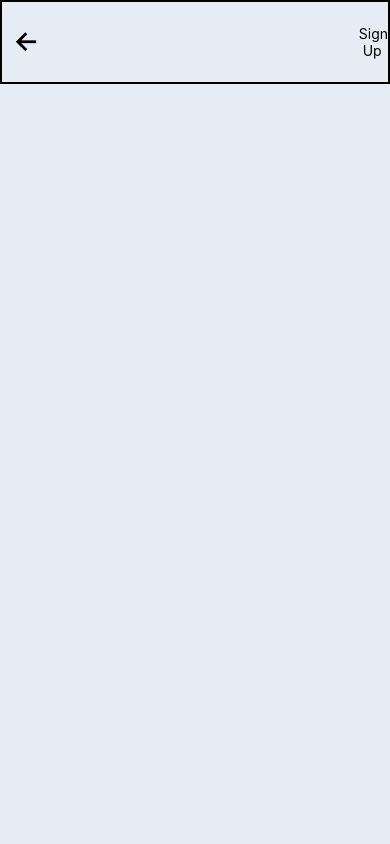
Repository: kgayathridevi/pregband
Screen: /Sign
These files come from the project's save history. The screen is drawn as it stood at one moment and after the next save; the edit follows.
The app was drawn by React Native's web renderer in a window 390 px wide. The project was rebuilt for these pictures with package versions that can differ from the ones it lists, and the page was loaded fresh each time. Also part of the build but not shown: component/Home.jsx.

Above is the screen before, as saved 2023-04-30 07:30:06.

### App.js
import { NavigationContainer } from "@react-navigation/native";
import { createNativeStackNavigator } from "@react-navigation/native-stack";
import { StatusBar } from "expo-status-bar";
import { StyleSheet, Text, View } from "react-native";
import SignUpScreen from "./component/SignUpScreen";
import LogInScreen from "./component/LogInScreen";
import Home from "./component/Home";

const Stack = createNativeStackNavigator();
export default function App() {
  return (
    <NavigationContainer>
      <Stack.Navigator initialRouteName="Log">
        <Stack.Screen
          options={{ headerShown: false }}
          name="Log"
          component={LogInScreen}
        />
        <Stack.Screen
          options={{ headerShown: false }}
          name="Sign"
          component={SignUpScreen}
        />
        <Stack.Screen name="Home" component={Home} />
      </Stack.Navigator>
    </NavigationContainer>
  );
}

const styles = StyleSheet.create({
  // container: {
  //   flex: 1,
  //   backgroundColor: '#fff',
  //   alignItems: 'center',
  //   justifyContent: 'center',
  // },
});

### component/SignUpScreen.jsx
import { StyleSheet, Text, View, TextInput } from "react-native";
import React from "react";
import { Button } from "react-native";
import Ionicons from "@expo/vector-icons/Ionicons";
import { SafeAreaView } from "react-native-safe-area-context";

const SignUpScreen = ({ navigation }) => {
  return (
    <SafeAreaView style={styles.container}>
      <View style={styles.headerContainer}>
        <View style={styles.btnCont}>
          <Ionicons name="arrow-back" color="black" size={30} />
        </View>
        <View style={styles.titleContain}>
          <Text style={styles.textC}>Sign</Text>
          <Text style={[styles.textC, styles.textC2]}> Up</Text>
        </View>
      </View>
      <View></View>
    </SafeAreaView>
  );
};

export default SignUpScreen;

const styles = StyleSheet.create({
  container: {
    height: "100%",
    backgroundColor: "#E5ECF3",
  },
  headerContainer: {
    height: "10%",
    borderWidth: 2,
    flexDirection: "row",
    alignItems: "center",
    justifyContent: "space-between",
  },
  btnCont: {
    padding: 10,
  },
  //   container: {
  //     // borderWidth: 2,
  //     height: "100%",
  //     backgroundColor: "#E5ECF3",
  //   },
  //   headerContainer: {
  //     // borderWidth: 2,
  //     height: "10%",
  //     flexDirection: "row",
  //     justifyContent: "space-between",
  //   },
  //   btnCont: {
  //     justifyContent: "center",
  //     // borderWidth: 2,
  //   },
  //   textC: {
  //     fontSize: 37,
  //   },
  //   textC2: {
  //     color: "#D37F7D",
  //   },
  //   titleContain: {
  //     // borderWidth: 2,
  //     flexDirection: "row",
  //     width: "85%",
  //     alignItems: "center",
  //   },
});

### component/LogInScreen.jsx
import {
  Button,
  StyleSheet,
  Text,
  TextInput,
  TouchableOpacity,
  View,
} from "react-native";
import React from "react";
import { SafeAreaView } from "react-native-safe-area-context";
import Ionicons from "@expo/vector-icons/Ionicons";

const LogInScreen = ({ navigation }) => {
  return (
    <SafeAreaView style={styles.container}>
      <View style={styles.headerContainer}>
        <View style={styles.btnCont}>
          {/* <Text>back</Text> */}
          <Ionicons name="arrow-back" color="black" size={30} />
        </View>
        <View style={styles.titleContain}>
          <Text style={styles.textC}>Log</Text>
          <Text style={[styles.textC, styles.textC2]}> In</Text>
        </View>
      </View>
      <View style={styles.mainContainer}>
        <View style={styles.inputContainer}>
          <Text style={{ fontSize: 18 }}>Email</Text>
          <TextInput style={styles.textInp} placeholder="Enter your name" />

          <Text style={{ fontSize: 18, marginTop: 15 }}>Password</Text>
          <TextInput style={styles.textInp} placeholder="Enter your password" />

          <View style={{ marginTop: 55, alignItems: "center" }}>
            <TouchableOpacity
              style={styles.logBtn}
              onPress={() => navigation.navigate("Home")}
            >
              <Text style={{ fontSize: 18 }}>Log In</Text>
            </TouchableOpacity>
            <TouchableOpacity onPress={() => navigation.navigate("Sign")}>
              <Text style={{ textDecorationLine: "underline", marginTop: 15 }}>
                Dont have an account? SignUp
              </Text>
            </TouchableOpacity>
          </View>
        </View>
        <View></View>
      </View>
    </SafeAreaView>
  );
};

export default LogInScreen;

const styles = StyleSheet.create({
  container: {
    // borderWidth: 2,
    height: "100%",
    backgroundColor: "#E5ECF3",
    padding: 10,
  },
  headerContainer: {
    // borderWidth: 2,
    height: "10%",
    flexDirection: "row",
    justifyContent: "space-between",
  },
  titleContain: {
    // borderWidth: 2,
    flexDirection: "row",
    width: "85%",
    alignItems: "center",
  },
  btnCont: {
    justifyContent: "center",
    // borderWidth: 2,
  },
  textC: {
    fontSize: 37,
  },
  textC2: {
    color: "#D37F7D",
  },

  mainContainer: {
    // borderWidth: 2,
    height: "90%",
    borderColor: "red",
  },
  inputContainer: {
    // borderWidth: 2,
    height: "80%",
    justifyContent: "center",
    padding: 10,
  },
  textInp: {
    borderWidth: 4,
    borderColor: "#D4ADAC",
    borderRadius: 20,
    height: 50,
    paddingHorizontal: 5,
    marginTop: 10,
  },
  logBtn: {
    backgroundColor: "#F9E8E6",
    height: 40,
    alignItems: "center",
    justifyContent: "center",
    width: "50%",
    borderRadius: 15,
  },
});

After the next save:
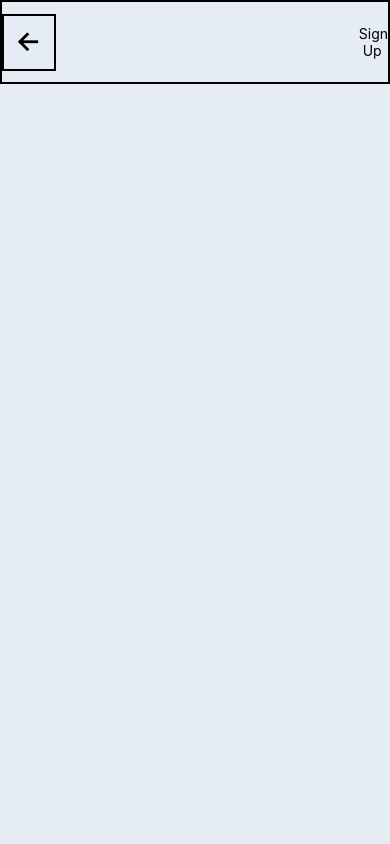
Saved 54 s later.
--- a/component/SignUpScreen.jsx
+++ b/component/SignUpScreen.jsx
@@ -36,8 +36,11 @@ const styles = StyleSheet.create({
     justifyContent: "space-between",
   },
   btnCont: {
+    borderWidth: 2,
     padding: 10,
   },
+  titleContain: {},
+
   //   container: {
   //     // borderWidth: 2,
   //     height: "100%",
